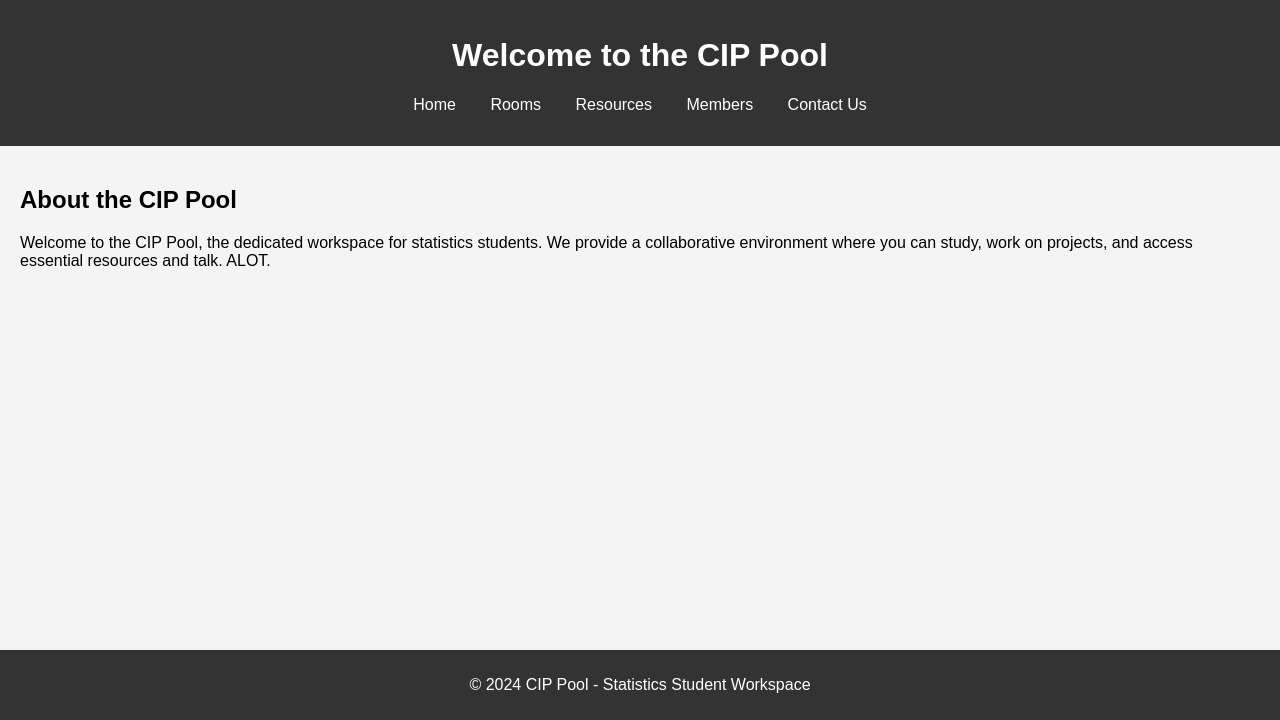
Repository: anjalisarawgi/cip_website
Page: index.html
The author's editor kept a copy of each file at every save. The page is drawn from the files as they stood at one save, then again after the next save.
The browser window is 1280 px wide. The pictures show the whole page.

Above is the page before, as saved 2024-06-14 12:16:13.

### index.html
<!DOCTYPE html>
<html lang="en">
<head>
    <meta charset="UTF-8">
    <meta name="viewport" content="width=device-width, initial-scale=1.0">
    <title>CIP Pool - Statistics Student Workspace</title>
    <link rel="stylesheet" href="styles.css">
</head>
<body>
    <header>
        <h1>Welcome to the CIP Pool</h1>
        <nav>
            <ul>
                <li><a href="index.html">Home</a></li>
                <li><a href="rooms.html">Rooms</a></li>
                <li><a href="resources.html">Resources</a></li>
                <li><a href="members.html">Members</a></li>
                <li><a href="contact.html">Contact Us</a></li>
            </ul>
        </nav>
    </header>
    <main>
        <section>
            <h2>About the CIP Pool</h2>
            <p>Welcome to the CIP Pool, the dedicated workspace for statistics students. We provide a collaborative environment where you can study, work on projects, and access essential resources and talk. ALOT.</p>
        </section>
    </main>
    <footer>
        <p>&copy; 2024 CIP Pool - Statistics Student Workspace</p>
    </footer>
</body>
</html>

### styles.css
body {
    font-family: Arial, sans-serif;
    margin: 0;
    padding: 0;
    background-color: #f4f4f4;
}

header {
    background-color: #333;
    color: white;
    padding: 1em 0;
    text-align: center;
}

nav ul {
    list-style-type: none;
    padding: 0;
}

nav ul li {
    display: inline;
    margin: 0 15px;
}

nav ul li a {
    color: white;
    text-decoration: none;
}

main {
    padding: 20px;
}

footer {
    background-color: #333;
    color: white;
    text-align: center;
    padding: 10px 0;
    position: fixed;
    bottom: 0;
    width: 100%;
}

section {
    margin-bottom: 20px;
}

.member {
    display: flex;
    align-items: center;
    margin-bottom: 20px;
}

.member-photo {
    border-radius: 50%;
    width: 150px;
    height: 150px;
    object-fit: cover;
    margin-bottom: 10px;
}


.member-info {
    display: flex;
    flex-direction: column;
}

.member-info h3 {
    margin: 0;
}

.members-grid {
    display: grid;
    grid-template-columns: repeat(auto-fit, minmax(200px, 1fr));
    gap: 20px;
}

.members-grid .member {
    flex-direction: column;
    align-items: center;
    text-align: center;
}

.members-grid .member-photo {
    width: 150px;
    height: 150px;
    margin-bottom: 10px;
}

.members-grid .member-info {
    align-items: center;
}

After the next save:
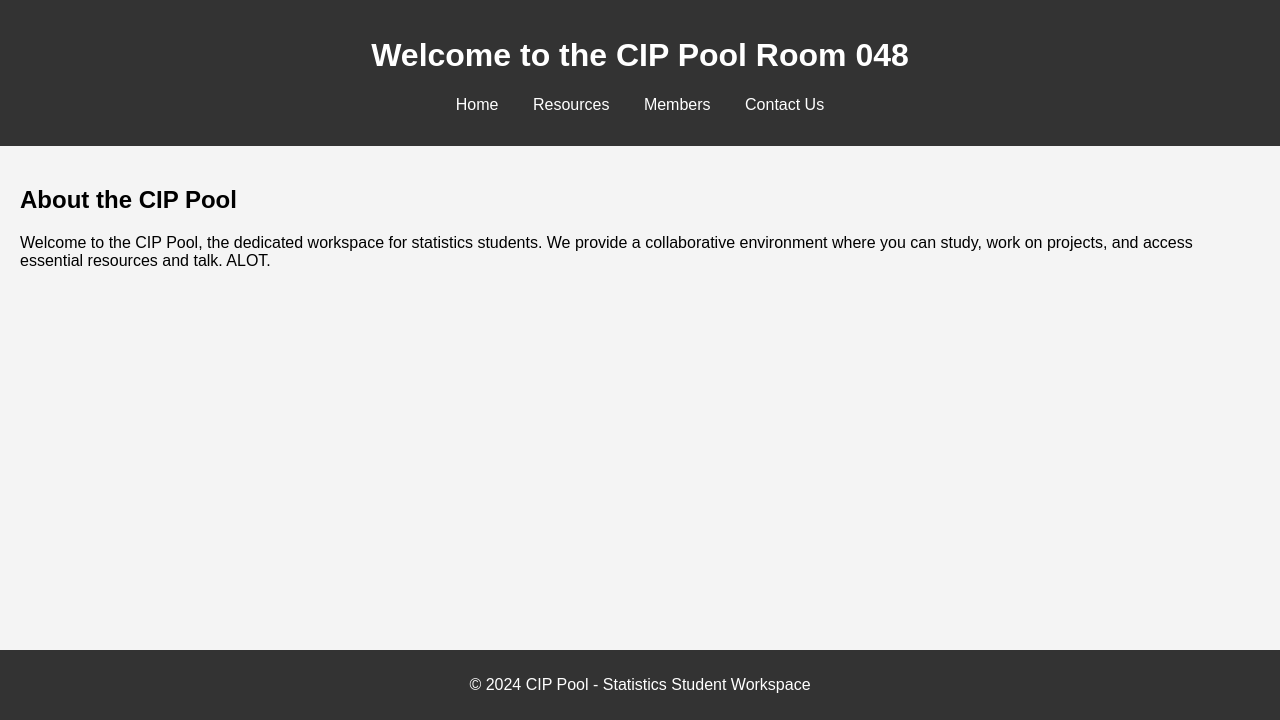
Saved 44 s later.
--- a/index.html
+++ b/index.html
@@ -8,11 +8,10 @@
 </head>
 <body>
     <header>
-        <h1>Welcome to the CIP Pool</h1>
+        <h1>Welcome to the CIP Pool Room 048</h1>
         <nav>
             <ul>
                 <li><a href="index.html">Home</a></li>
-                <li><a href="rooms.html">Rooms</a></li>
                 <li><a href="resources.html">Resources</a></li>
                 <li><a href="members.html">Members</a></li>
                 <li><a href="contact.html">Contact Us</a></li>
